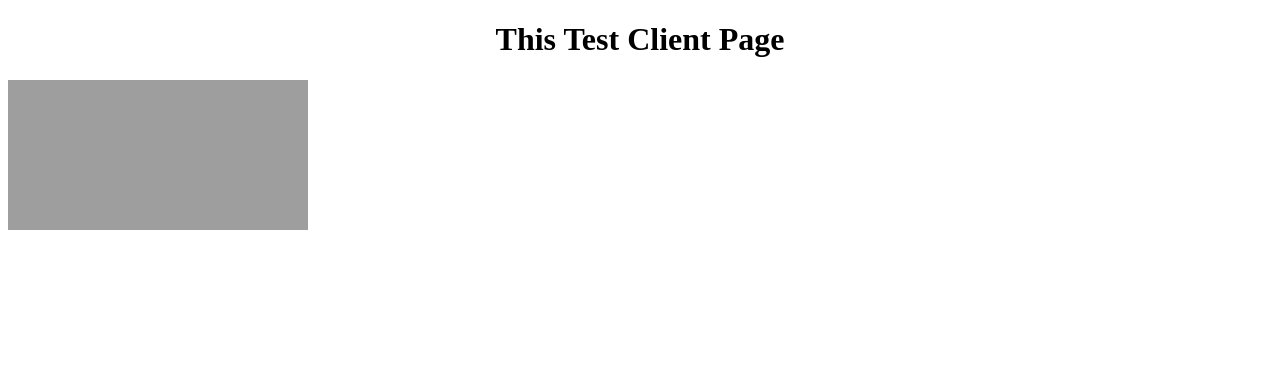
Repository: Divyanshmt/test
Page: public/index.html
An editor plug-in stored every save of this project. The page is shown before and after the next save, followed by the edit.
The browser window is 1280 px wide. The pictures show the whole page.
Pictures or frames that could not be fetched are drawn as grey boxes.

Above is the page before, as saved 2020-06-30 16:05:53.

After the next save:
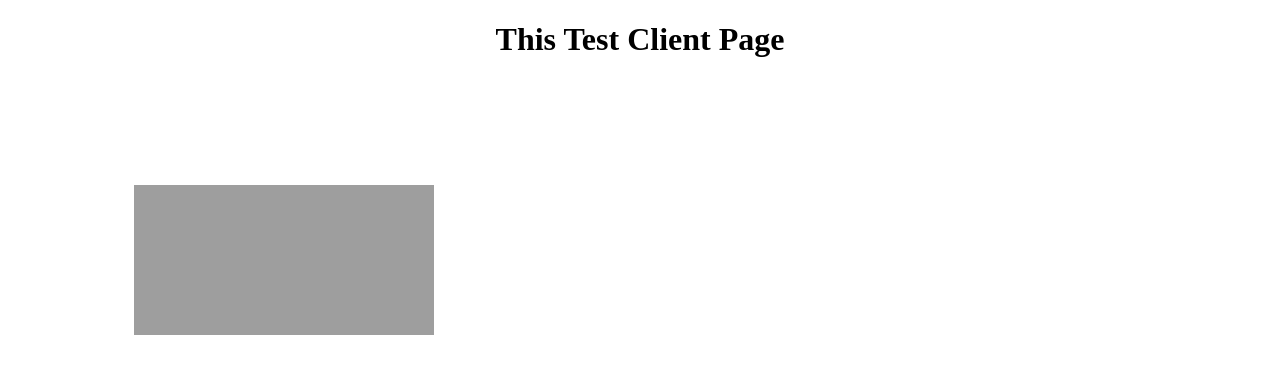
Saved 19 s later.
--- a/public/index.html
+++ b/public/index.html
@@ -10,7 +10,7 @@
 
 <body>
     <h1 style="text-align: center;">This Test Client Page</h1>
-    <div>
+    <div style="margin: 10%">
         <iframe src="https://www.actyv.com/" frameborder="0"></iframe>
     </div>
 </body>
